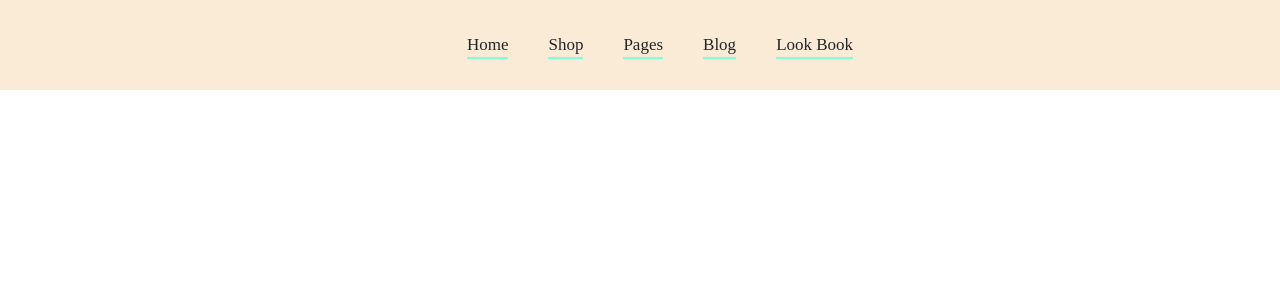
Repository: MorgunovaAlexandra/beauti
Page: index.html
The author's editor kept a copy of each file at every save. The page is drawn from the files as they stood at one save, then again after the next save.
The browser window is 1280 px wide. The pictures show the whole page.

Above is the page before, as saved 2022-08-24 12:30:51.

### index.html
<!DOCTYPE html>
<html lang="en">
<head>
    <meta charset="UTF-8">
    <meta http-equiv="X-UA-Compatible" content="IE=edge">
    <meta name="viewport" content="width=device-width, initial-scale=1.0">
    <link rel="stylesheet" href="./style.css">
    <title>Document</title>
</head>
<body>
    <div class="wrapper">
        <header class="header">
            <div class="header-container _container">
            <nav class="dws-menu">
                <ul class="menu-list">
                    <li><a href="#"><i class="fa fa-"></i>Home</a></li>
                    <li><a href="#"><i class="fa fa-"></i>Shop</a></li>
                    <li><a href="#"><i class="fa fa-"></i>Pages</a></li>
                    <li><a href="#"><i class="fa fa-"></i>Blog</a></li>
                    <li><a href="#"><i class="fa fa-"></i>Look Book</a></li>
                </ul>

            </nav>
            </div>
        </header>
    </div>
</body>
</html>

### style.css
* {
	margin: 0;
	padding: 0;
	border: 0;
	box-sizing: border-box;
}
:before,:after{
	padding: 0;
	margin: 0;
	border: 0;
	box-sizing: border-box;
}
html,body{
	height: 100%;
    font-family: 'SofiaProRegular';
	font-size: 18px;
	font-weight: 400;
}

.wrapper{
	width: 100%;
	overflow: hidden;

}
._container{
	max-width: 1170px;
	margin: 0px auto;
	padding: 0px 10px;
}
._container{
	max-width: 1170px;
	margin: 0px auto;
	padding: 0px 10px;
}
/*--------------------------*/
.header {
	font-family: 'TTCommons-Medium';
	position: absolute;/*---------изменено-----------------*/
	width: 100%;
	top: 0;
	left: 0;
	z-index: 50;
	font-size: 17px;
    height: 90px;
    background-color: antiquewhite;

}
.menu-list{
    display: flex;
    justify-content: center;
    align-items: center;
    height: 90px;

}

a{
   position: relative;
    text-decoration: none;
    color:rgb(37, 37, 37);
    margin-left: 40px;
}
a::after{
    position: absolute;
    bottom: -5px;
    content: "";
    display: block;
    height: 2px;
    width: 100%;
    right: 0;
    background-color: aquamarine;
}

li{
    list-style: none;
    position: relative;
}

After the next save:
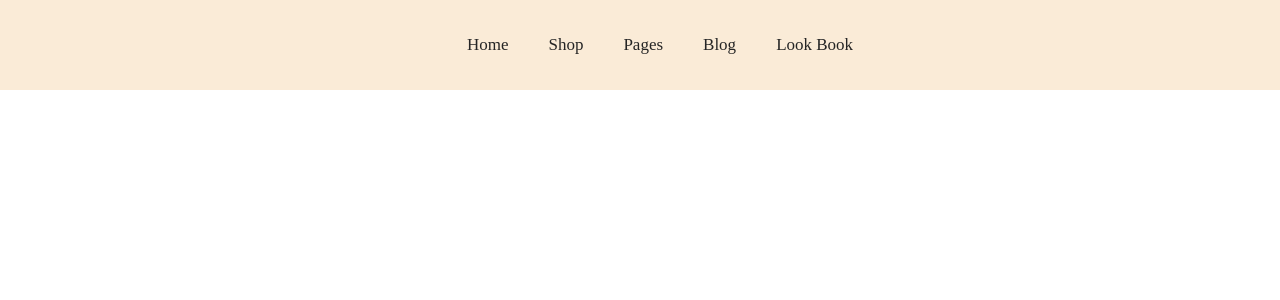
Saved 9 s later.
--- a/style.css
+++ b/style.css
@@ -68,6 +68,7 @@ a::after{
     width: 100%;
     right: 0;
     background-color: aquamarine;
+    opacity: 0;
 }
 
 li{
